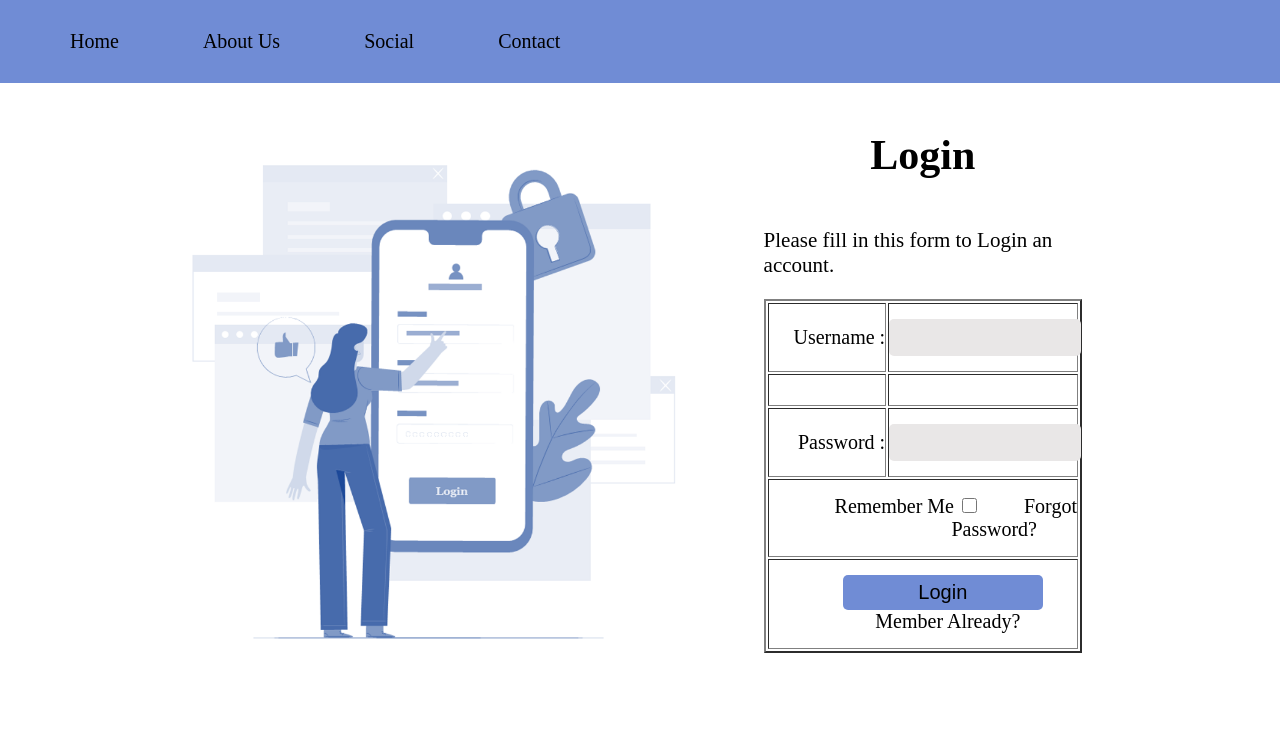
Repository: armanali13000/JAVA_CRUD
Page: http://localhost/CRUD_APP/Login.jsp
These files come from the project's save history. The page is drawn as it stood at one moment and after the next save; the edit follows.
The browser window is 1280 px wide. The pictures show the whole page.
The page is served by Tomcat 9.

Above is the page before, as saved 2023-03-04 15:00:03.

After the next save:
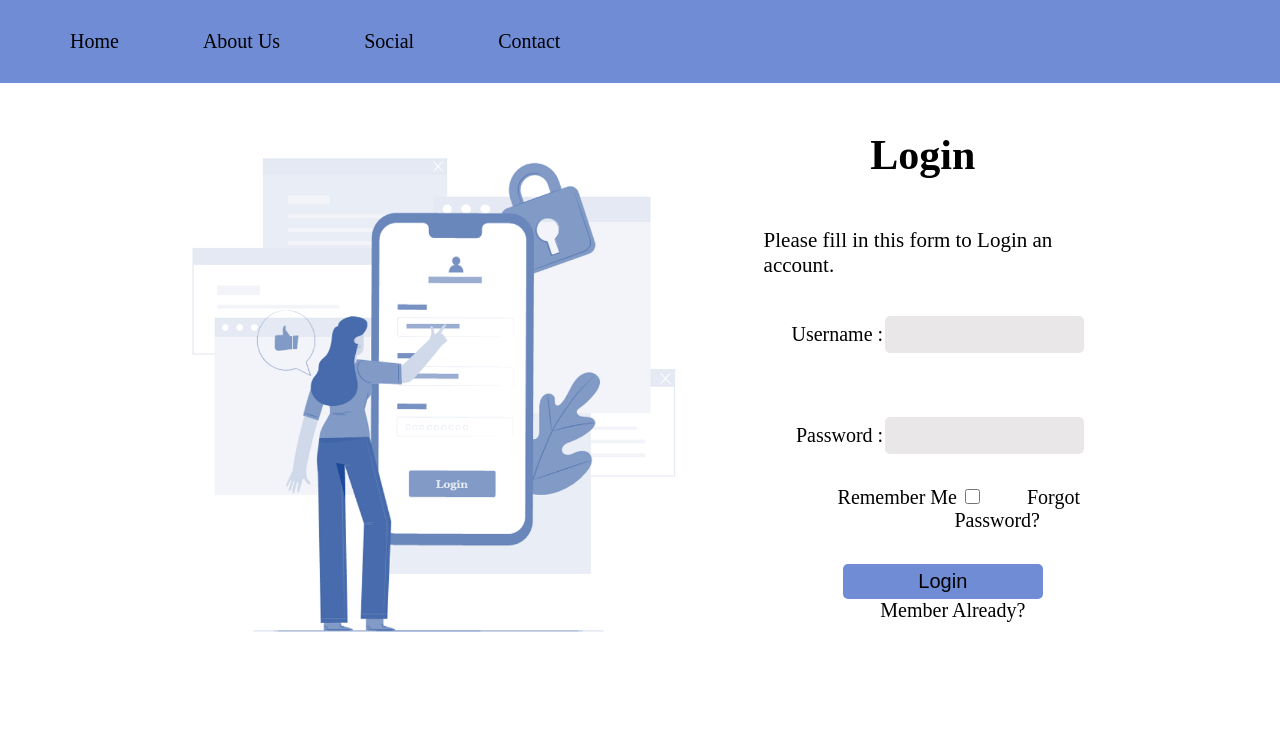
Saved 23 s later.
--- a/CRUD_APP/src/main/webapp/Login.jsp
+++ b/CRUD_APP/src/main/webapp/Login.jsp
@@ -103,7 +103,7 @@
 
         .register
         {
-        	margin-right: -30px;
+        	margin-right: -40px;
         }
 
 
@@ -140,7 +140,7 @@
                 <p>Please fill in this form to Login an account.</p>
             </div>
             <form class="registration" action="Register" method="post">
-                <table class="formtable" border="2px">
+                <table class="formtable">
                     <tbody class="tableborder">
                         <tr>
                             <td><label>Username :</label></td>
